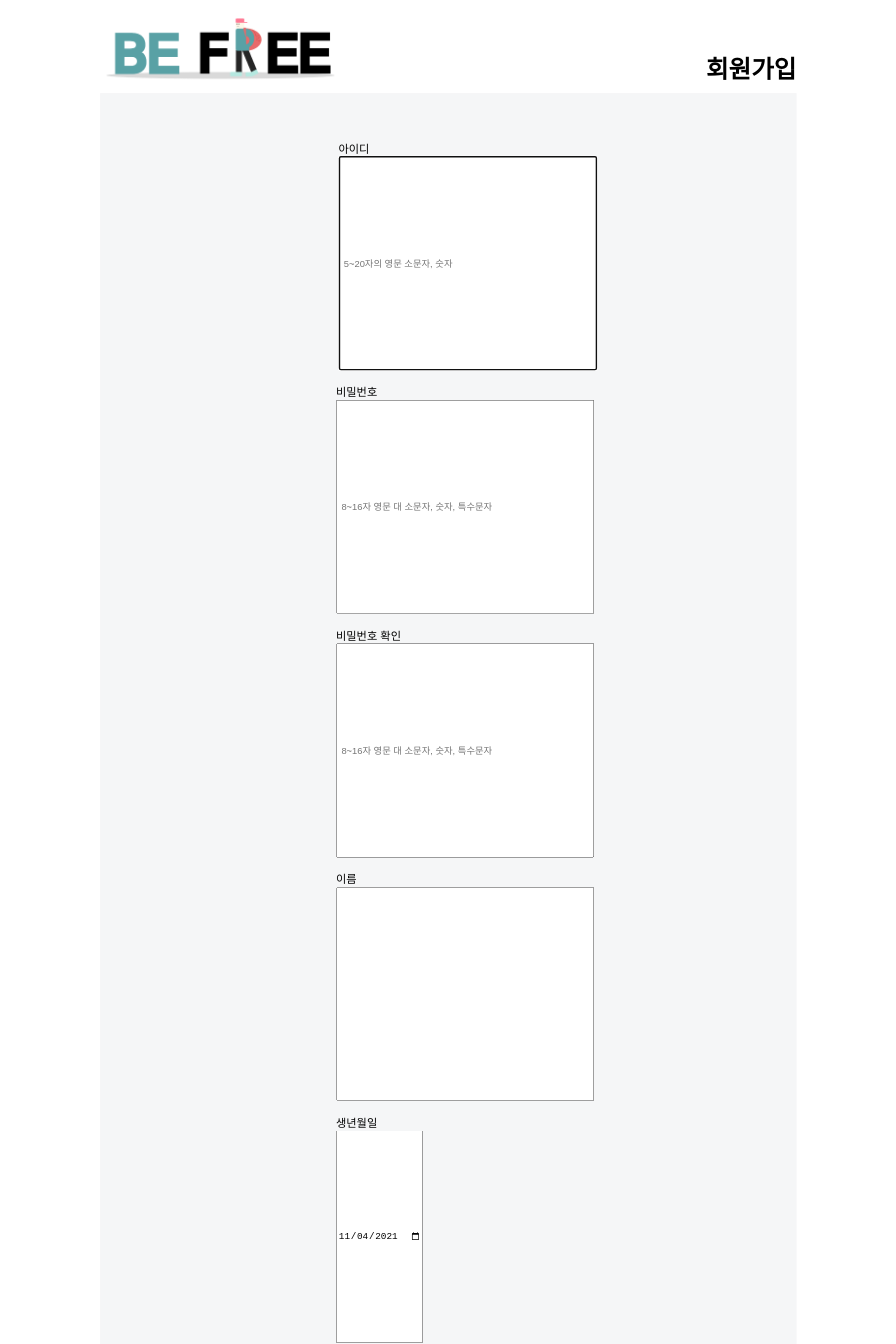
Repository: 1912087/Klavier_Piano
Page: http://localhost/notice/join.jsp
An editor plug-in stored every save of this project. The page is shown before and after the next save, followed by the edit.
The browser window is 1280 px wide. The pictures show the part of the page from y = 0 to 1920 px (the page is 3263 px tall before and 1149 px after), at 70% of full size.
Some web fonts or font styles are not loaded; a fallback is used. The page is served by Tomcat 9.

Above is the page before, as saved 2021-11-08 18:23:19.

After the next save:
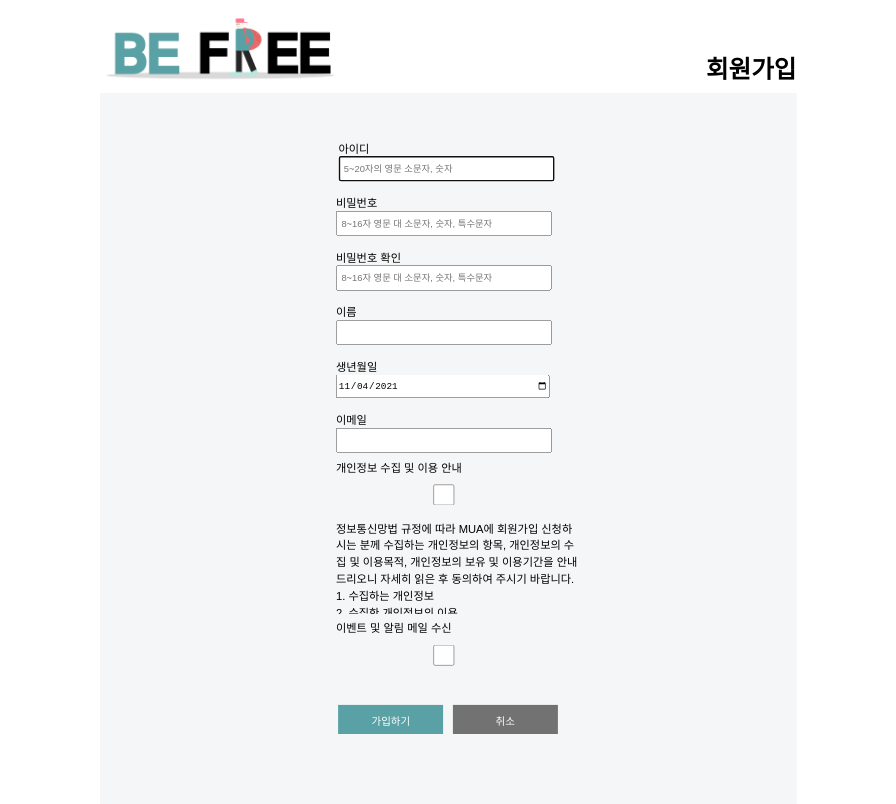
Saved 13 s later.
--- a/Notice/notice/WebContent/join.jsp
+++ b/Notice/notice/WebContent/join.jsp
@@ -18,7 +18,7 @@
             body{font-family: 'Gowun Dodum', sans-serif;}
             ul {list-style-type: none;}
             a {text-decoration: none; color:black;}
-            input {height:30px; height: 300px;}
+            input {height:30px; width: 300px;}
             .all {
                 padding-top:15px;
                 margin:0 auto;
